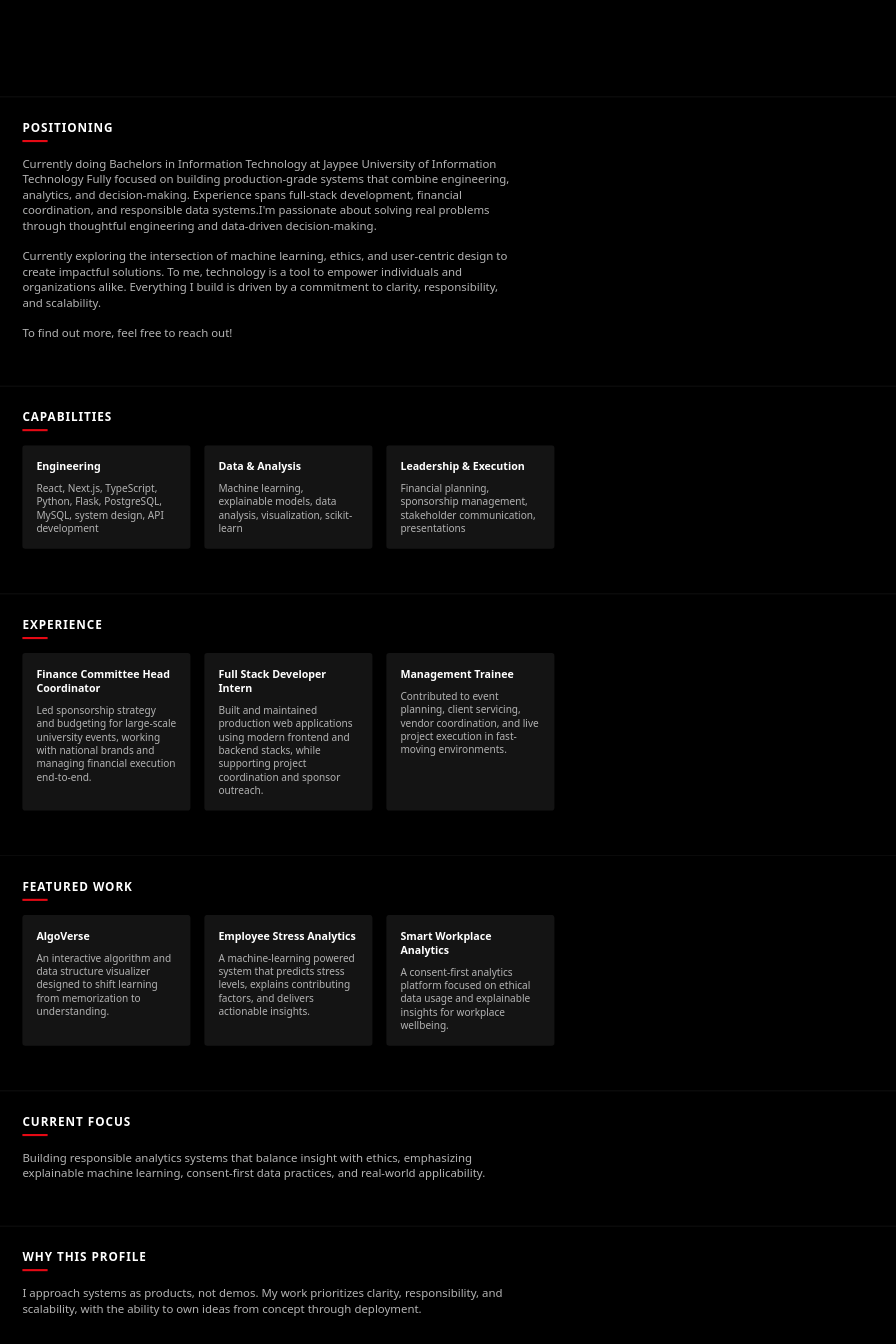
Repository: PratapOP/main-portfolio
Page: / (app in frontend/)
These files come from the project's save history. The page is drawn as it stood at one moment and after a run of saves; the edit follows.
The browser window is 1280 px wide. The pictures show the part of the page from y = 510 to 2430 px (the page is 2932 px tall before and 2976 px after), at 70% of full size.
The project was rebuilt for these pictures with package versions that can differ from the ones it lists, and the page was loaded fresh each time. Also part of the build but not shown: frontend/vite.config.js.

Above is the page before, as saved 2026-01-01 18:55:11.

### frontend/index.html
<!DOCTYPE html>
<html lang="en">
  <head>
    <meta charset="UTF-8" />

    <!-- Viewport for responsive layout -->
    <meta name="viewport" content="width=device-width, initial-scale=1.0" />

    <!--
      Title intentionally minimal and authoritative.
      This is the first identity signal recruiters see.
    -->
    <title>Abhiuday Pratap Singh</title>

    <!--
      Force dark background before React loads
      Prevents white flash and preserves cinematic feel
    -->
    <style>
      html,
      body {
        margin: 0;
        padding: 0;
        background-color: #0b0b0b;
      }
    </style>
  </head>

  <body>
    <!-- React mounts here -->
    <div id="root"></div>

    <!-- React entry point -->
    <script type="module" src="/src/main.jsx"></script>
  </body>
</html>

### frontend/src/App.jsx
import React, { useEffect } from "react";
import "./styles.css";
import {
  HeroSection,
  AboutSection,
  SkillsSection,
  ExperienceSection,
  ProjectsSection,
  TrendingSection,
  WhyHireMeSection,
  ContactSection
} from "./sections";

function App() {
  useEffect(() => {
    document.documentElement.style.scrollBehavior = "smooth";
  }, []);

  return (
    <div className="app-root">
      <HeroSection />
      <AboutSection />
      <SkillsSection />
      <ExperienceSection />
      <ProjectsSection />
      <TrendingSection />
      <WhyHireMeSection />
      <ContactSection />
    </div>
  );
}

export default App;

### frontend/src/styles.css
    /* ============================================================
    GLOBAL RESET & STREAMING COLOR SYSTEM
    ============================================================ */

    * {
    margin: 0;
    padding: 0;
    box-sizing: border-box;
    }

    :root {
    /* Core streaming palette */
    --bg-primary: #000000;
    --bg-card: #141414;

    --text-primary: #ffffff;
    --text-muted: #b3b3b3;

    --accent: #e50914;

    /* Controlled spacing scale (reduced) */
    --xs: 6px;
    --sm: 12px;
    --md: 20px;
    --lg: 32px;
    --xl: 48px;
    --xxl: 80px;
    }

    html,
    body {
    background-color: var(--bg-primary);
    color: var(--text-primary);
    font-family: system-ui, -apple-system, BlinkMacSystemFont,
        "Segoe UI", Roboto, Helvetica, Arial, sans-serif;

    overflow-x: hidden; /* absolutely no horizontal scroll */
    }

    /* ============================================================
    APP ROOT
    ============================================================ */

    .app-root {
    width: 100%;
    overflow-x: hidden;
    }

    /* ============================================================
    HERO (FEATURED BANNER)
    ============================================================ */

    .hero {
    min-height: 90vh;
    display: flex;
    align-items: center;
    }

    .hero-inner {
    padding-left: var(--lg);
    padding-right: var(--lg);
    max-width: 820px;
    }

    .hero-title {
    font-size: clamp(3rem, 5vw, 4.6rem);
    font-weight: 800;
    letter-spacing: -0.03em;
    margin-bottom: var(--sm);
    }

    .hero-subtitle {
    font-size: 1.05rem;
    color: var(--text-muted);
    max-width: 560px;
    }

    /* ============================================================
    SECTION STRUCTURE (FIXED SPACING)
    ============================================================ */

    .section {
    padding: var(--lg) 0;
    }

    .section-inner {
    padding-left: var(--lg);
    padding-right: var(--lg);
    }

    /* Mobile safety — prevent edge sticking */
    @media (max-width: 768px) {
    .section-inner,
    .hero-inner {
        padding-left: var(--md);
        padding-right: var(--md);
    }
    }

    /* ============================================================
    SECTION TITLES (STREAMING STYLE)
    ============================================================ */

    .section-title {
    font-size: 1.05rem;
    font-weight: 600;
    letter-spacing: 0.08em;
    text-transform: uppercase;

    color: var(--text-primary);
    margin-bottom: var(--md);
    position: relative;
    }

    .section-title::after {
    content: "";
    display: block;
    width: 36px;
    height: 3px;
    background-color: var(--accent);
    margin-top: var(--xs);
    }

    /* ============================================================
    TEXT BLOCKS
    ============================================================ */

    .section-text {
    max-width: 700px;
    font-size: 1.02rem;
    color: var(--text-muted);
    margin-bottom: var(--lg);
    }

    /* ============================================================
    STREAMING ROWS (HORIZONTAL)
    ============================================================ */

    .row {
    display: flex;
    gap: var(--md);
    overflow-x: auto;

    padding-left: var(--lg);
    padding-right: var(--lg);
    padding-bottom: var(--lg);

    scroll-snap-type: x mandatory;
    overscroll-behavior-x: contain;
    }

    .row::-webkit-scrollbar {
    display: none;
    }

    /* ============================================================
    CARDS (CONTENT TILES)
    ============================================================ */

    .card {
    background-color: var(--bg-card);
    min-width: 240px;
    max-width: 240px;

    padding: var(--md);
    border-radius: 4px;

    scroll-snap-align: start;

    transition:
        transform 0.25s ease,
        box-shadow 0.25s ease;
    }

    .card h3 {
    font-size: 0.95rem;
    font-weight: 600;
    margin-bottom: var(--sm);
    }

    .card p {
    font-size: 0.9rem;
    color: var(--text-muted);
    }

    /* Hover — sharp, not floaty */
    .card:hover {
    transform: scale(1.06);
    box-shadow: 0 16px 32px rgba(0, 0, 0, 0.7);
    z-index: 2;
    }

    /* ============================================================
    CONTACT SECTION
    ============================================================ */

    .contact {
    padding-top: var(--xl);
    padding-bottom: var(--xxl);
    }

    .contact-form {
    max-width: 520px;
    display: flex;
    flex-direction: column;
    gap: var(--md);
    }

    .contact-form input,
    .contact-form textarea {
    background-color: #000000;
    border: 1px solid #333333;
    color: var(--text-primary);

    padding: var(--sm);
    font-size: 0.95rem;
    }

    .contact-form input:focus,
    .contact-form textarea:focus {
    outline: none;
    border-color: var(--accent);
    }

    .contact-form button {
    margin-top: var(--sm);
    background-color: var(--accent);
    color: #ffffff;

    border: none;
    padding: var(--sm);
    font-size: 0.95rem;
    cursor: pointer;

    transition: opacity 0.2s ease;
    }

    .contact-form button:hover {
    opacity: 0.85;
    }

    /* ============================================================
    FINAL SECTION SEPARATION (SUBTLE)
    ============================================================ */

    .section:not(:first-of-type) {
    border-top: 1px solid rgba(255, 255, 255, 0.08);
    }

### frontend/src/sections.jsx
    /**
     * ============================================================
     * sections.jsx — Sections with Titles & Hierarchy
     * ============================================================
     */

    import React from "react";
    import { motion } from "framer-motion";
    import {
    sectionFade,
    staggerContainer,
    cardFade
    } from "./motion";

    /* ============================================================
    FEATURED
    ============================================================ */

    export function HeroSection() {
    return (
        <motion.section
        className="section hero"
        variants={sectionFade}
        initial="hidden"
        animate="visible"
        >
        <div className="hero-inner">
            <h1 className="hero-title">Abhiuday Pratap Singh</h1>
            <p className="hero-subtitle">
            Think System, Not People.
            <br />
            </p>
        </div>
        </motion.section>
    );
    }

    /* ============================================================
    POSITIONING
    ============================================================ */

    export function AboutSection() {
    return (
        <motion.section
        className="section"
        variants={sectionFade}
        initial="hidden"
        whileInView="visible"
        viewport={{ once: true }}
        >
        <div className="section-inner">
            <h2 className="section-title">Positioning</h2>
            <p className="section-text">
            Currently doing Bachelors in Information Technology at Jaypee University
            of Information Technology
            Fully focused on building production-grade
            systems that combine engineering, analytics, and decision-making.
            Experience spans full-stack development, financial coordination,
            and responsible data systems.I'm passionate about solving real problems through thoughtful engineering and data-driven decision-making.
            <br/><br/>
            Currently exploring the intersection of machine learning, ethics, and user-centric design to create impactful solutions.
            To me, technology is a tool to empower individuals and organizations alike.
            Everything I build is driven by a commitment to clarity, responsibility, and scalability.
            <br/><br/>
            To find out more, feel free to reach out!
            </p>
        </div>
        </motion.section>
    );
    }

    /* ============================================================
    CAPABILITIES
    ============================================================ */

    export function SkillsSection() {
    const skills = [
        {
        title: "Engineering",
        text:
            "React, Next.js, TypeScript, Python, Flask, PostgreSQL, MySQL, system design, API development"
        },
        {
        title: "Data & Analysis",
        text:
            "Machine learning, explainable models, data analysis, visualization, scikit-learn"
        },
        {
        title: "Leadership & Execution",
        text:
            "Financial planning, sponsorship management, stakeholder communication, presentations"
        }
    ];

    return (
        <motion.section
        className="section"
        variants={sectionFade}
        initial="hidden"
        whileInView="visible"
        viewport={{ once: true }}
        >
        <div className="section-inner">
            <h2 className="section-title">Capabilities</h2>
        </div>

        <motion.div
            className="row"
            variants={staggerContainer}
            initial="hidden"
            whileInView="visible"
            viewport={{ once: true }}
        >
            {skills.map((item, index) => (
            <motion.div className="card" variants={cardFade} key={index}>
                <h3>{item.title}</h3>
                <p>{item.text}</p>
            </motion.div>
            ))}
        </motion.div>
        </motion.section>
    );
    }

    /* ============================================================
    EXPERIENCE
    ============================================================ */

    export function ExperienceSection() {
    const roles = [
        {
        title: "Finance Committee Head Coordinator",
        text:
            "Led sponsorship strategy and budgeting for large-scale university events, working with national brands and managing financial execution end-to-end."
        },
        {
        title: "Full Stack Developer Intern",
        text:
            "Built and maintained production web applications using modern frontend and backend stacks, while supporting project coordination and sponsor outreach."
        },
        {
        title: "Management Trainee",
        text:
            "Contributed to event planning, client servicing, vendor coordination, and live project execution in fast-moving environments."
        }
    ];

    return (
        <motion.section
        className="section"
        variants={sectionFade}
        initial="hidden"
        whileInView="visible"
        viewport={{ once: true }}
        >
        <div className="section-inner">
            <h2 className="section-title">Experience</h2>
        </div>

        <motion.div
            className="row"
            variants={staggerContainer}
            initial="hidden"
            whileInView="visible"
            viewport={{ once: true }}
        >
            {roles.map((item, index) => (
            <motion.div className="card" variants={cardFade} key={index}>
                <h3>{item.title}</h3>
                <p>{item.text}</p>
            </motion.div>
            ))}
        </motion.div>
        </motion.section>
    );
    }

    /* ============================================================
    PROJECTS
    ============================================================ */

    export function ProjectsSection() {
    const projects = [
        {
        title: "AlgoVerse",
        text:
            "An interactive algorithm and data structure visualizer designed to shift learning from memorization to understanding."
        },
        {
        title: "Employee Stress Analytics",
        text:
            "A machine-learning powered system that predicts stress levels, explains contributing factors, and delivers actionable insights."
        },
        {
        title: "Smart Workplace Analytics",
        text:
            "A consent-first analytics platform focused on ethical data usage and explainable insights for workplace wellbeing."
        }
    ];

    return (
        <motion.section
        className="section"
        variants={sectionFade}
        initial="hidden"
        whileInView="visible"
        viewport={{ once: true }}
        >
        <div className="section-inner">
            <h2 className="section-title">Featured Work</h2>
        </div>

        <motion.div
            className="row"
            variants={staggerContainer}
            initial="hidden"
            whileInView="visible"
            viewport={{ once: true }}
        >
            {projects.map((item, index) => (
            <motion.div className="card" variants={cardFade} key={index}>
                <h3>{item.title}</h3>
                <p>{item.text}</p>
            </motion.div>
            ))}
        </motion.div>
        </motion.section>
    );
    }

    /* ============================================================
    CURRENT FOCUS
    ============================================================ */

    export function TrendingSection() {
    return (
        <motion.section
        className="section"
        variants={sectionFade}
        initial="hidden"
        whileInView="visible"
        viewport={{ once: true }}
        >
        <div className="section-inner">
            <h2 className="section-title">Current Focus</h2>
            <p className="section-text">
            Building responsible analytics systems that balance insight with ethics,
            emphasizing explainable machine learning, consent-first data practices,
            and real-world applicability.
            </p>
        </div>
        </motion.section>
    );
    }

    /* ============================================================
    WHY THIS PROFILE
    ============================================================ */

    export function WhyHireMeSection() {
    return (
        <motion.section
        className="section"
        variants={sectionFade}
        initial="hidden"
        whileInView="visible"
        viewport={{ once: true }}
        >
        <div className="section-inner">
            <h2 className="section-title">Why This Profile</h2>
            <p className="section-text">
            I approach systems as products, not demos. My work prioritizes clarity,
            responsibility, and scalability, with the ability to own ideas from
            concept through deployment.
            </p>
        </div>
        </motion.section>
    );
    }

    /* ============================================================
    CONTACT
    ============================================================ */

    export function ContactSection() {
    return (
        <motion.section
        className="section contact"
        variants={sectionFade}
        initial="hidden"
        whileInView="visible"
        viewport={{ once: true }}
        >
        <div className="section-inner">
            <h2 className="section-title">Get in Touch</h2>
            <form className="contact-form">
            <input type="text" placeholder="Name" />
            <input type="email" placeholder="Email" />
            <textarea placeholder="Message" rows="4" />
            <button type="submit">Send</button>
            </form>
        </div>
        </motion.section>
    );
    }

### frontend/src/motion.js
    /**
     * ============================================================
     * motion.js — Centralized Motion Presets
     * ============================================================
     *
     * Responsibilities:
     * - Define reusable animation variants
     * - Keep motion subtle, slow, and cinematic
     * - Avoid per-component animation duplication
     *
     * Framer Motion is used intentionally and sparingly.
     * ============================================================
     */

    /* ============================================================
    Section Fade-In (used when section enters viewport)
    ============================================================ */

    export const sectionFade = {
    hidden: {
        opacity: 0,
        y: 40
    },
    visible: {
        opacity: 1,
        y: 0,
        transition: {
        duration: 0.8,
        ease: [0.22, 1, 0.36, 1] // smooth, cinematic easing
        }
    }
    };

    /* ============================================================
    Card Stagger Container
    ============================================================ */

    export const staggerContainer = {
    hidden: {},
    visible: {
        transition: {
        staggerChildren: 0.12
        }
    }
    };

    /* ============================================================
    Individual Card Animation
    ============================================================ */

    export const cardFade = {
    hidden: {
        opacity: 0,
        y: 20
    },
    visible: {
        opacity: 1,
        y: 0,
        transition: {
        duration: 0.6,
        ease: [0.22, 1, 0.36, 1]
        }
    }
    };

Loaded but not shown: frontend/src/main.jsx (common file)

After the next 2 saves:
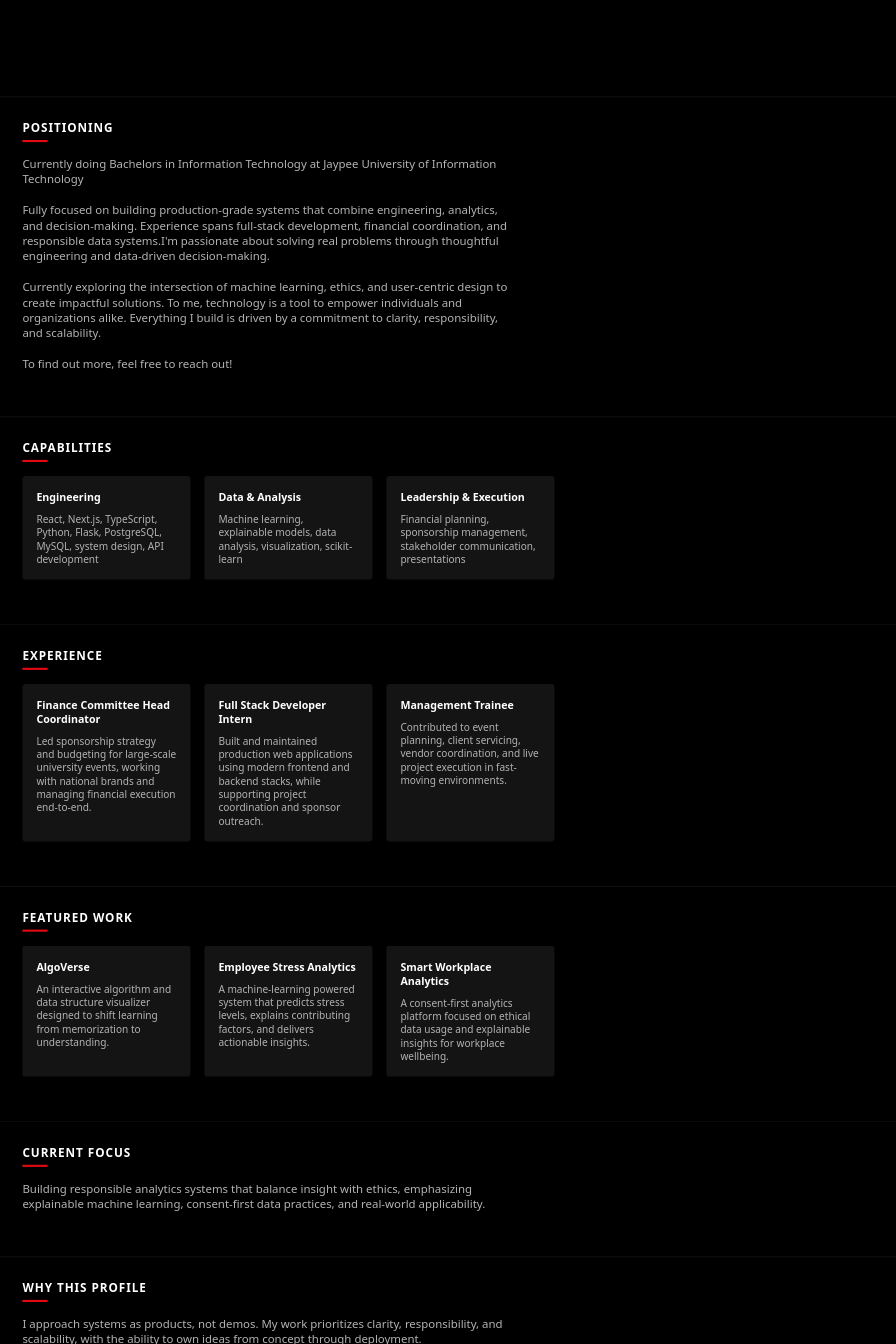
The 2 saves are shown as one change because they came seconds apart.
The last was saved 16 s later.
--- a/frontend/src/sections.jsx
+++ b/frontend/src/sections.jsx
@@ -53,6 +53,7 @@
             <p className="section-text">
             Currently doing Bachelors in Information Technology at Jaypee University
             of Information Technology
+            <br/><br/>
             Fully focused on building production-grade
             systems that combine engineering, analytics, and decision-making.
             Experience spans full-stack development, financial coordination,
